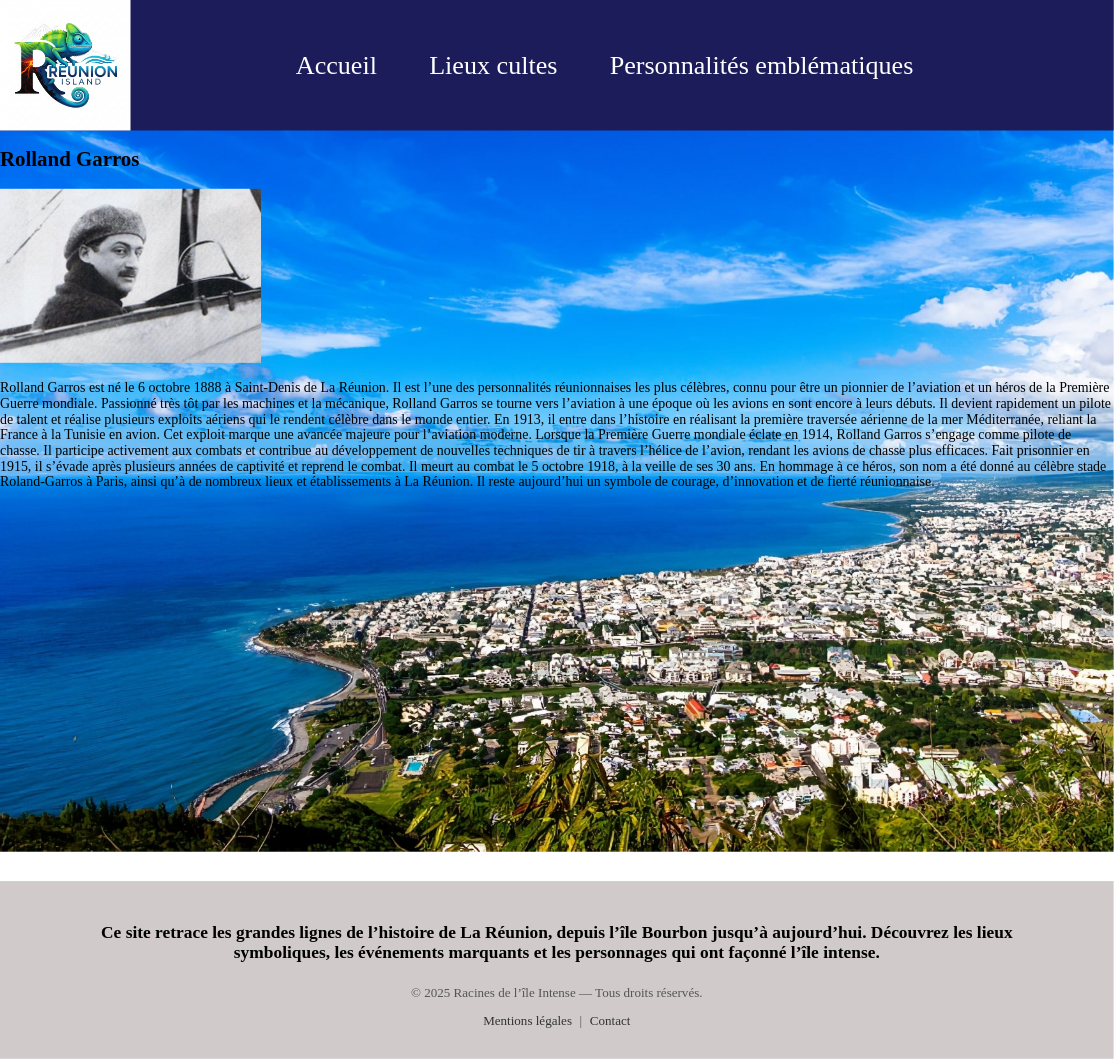
Repository: racinesintense974/Racines-de-lile-intense
Page: garros.html
The author's editor kept a copy of each file at every save. The page is drawn from the files as they stood at one save, then again after the next save.
The browser window is 1280 px wide. The pictures show the whole page, at 87% of full size.

Above is the page before, as saved 2026-02-19 16:39:45.

### garros.html
<!DOCTYPE html>
<html lang="fr">
<head>
    <meta charset="UTF-8">
    <title>Rolland Garros</title>
    <link rel="stylesheet" href="css/garros.css">
</head>
<body>

<body>
    <section class="top-page">
        <header class="header">
            <img src="image/logo22.png" alt="logo du site">
        <nav class="nav">
    <ul class="menu">
        <li><a href="index.html">Accueil</a></li>

        <li class="dropdown">
            <a href="#">Lieux cultes</a>
            <ul class="submenu">
                <li><a href="mafate.html">Mafate</a></li>
                <li><a href="cilaos.html">Cilaos</a></li>
                <li><a href="volcans.html">Les volcans</a></li>
            </ul>
        </li>

        <li class="dropdown">
        <a href="#">Personnalités emblématiques</a>
            <ul class="submenu">
                <li><a href="olivier-levasseur.html">Olivier Levasseur</a></li>
                <li><a href="Desbassayns.html">Madame Desbassayns</a></li>
                <li><a href="Garros.html">Rolland Garros</a></li>
            </ul>
        </li>

    </ul>
    </nav>
</header>

<main>
    <h1>Rolland Garros</h1>
    <img src="image/garrosrignetta.jpg" width="300">
    <p>
        Rolland Garros est né le 6 octobre 1888 à Saint-Denis de La Réunion. Il est l’une des personnalités réunionnaises les plus célèbres, connu pour être un pionnier de l’aviation et un héros de la Première Guerre mondiale.

Passionné très tôt par les machines et la mécanique, Rolland Garros se tourne vers l’aviation à une époque où les avions en sont encore à leurs débuts. Il devient rapidement un pilote de talent et réalise plusieurs exploits aériens qui le rendent célèbre dans le monde entier.

En 1913, il entre dans l’histoire en réalisant la première traversée aérienne de la mer Méditerranée, reliant la France à la Tunisie en avion. Cet exploit marque une avancée majeure pour l’aviation moderne.

Lorsque la Première Guerre mondiale éclate en 1914, Rolland Garros s’engage comme pilote de chasse. Il participe activement aux combats et contribue au développement de nouvelles techniques de tir à travers l’hélice de l’avion, rendant les avions de chasse plus efficaces.

Fait prisonnier en 1915, il s’évade après plusieurs années de captivité et reprend le combat. Il meurt au combat le 5 octobre 1918, à la veille de ses 30 ans.

En hommage à ce héros, son nom a été donné au célèbre stade Roland-Garros à Paris, ainsi qu’à de nombreux lieux et établissements à La Réunion. Il reste aujourd’hui un symbole de courage, d’innovation et de fierté réunionnaise.
    </p>
</main>

<footer class="footer">
    <h1 class="big-title2">Ce site retrace les grandes lignes de l’histoire de La Réunion, depuis l’île Bourbon jusqu’à aujourd’hui. Découvrez les lieux symboliques, les événements marquants et les personnages qui ont façonné l’île intense.</h1>
  <p>&copy; 2025 Racines de l’île Intense — Tous droits réservés.</p>
  <p><a href="mentions-legales.html">Mentions légales</a> | <a href="contact.html">Contact</a></p>
</footer>

    </section>

</body>
</html>

### css/garros.css

*

body {
    margin: 0 auto;

}

header.header {
    display: flex;
    align-items: center;
    background-color: rgb(28, 28, 91);                    /* Entête */
    margin: 0;

}

header.header img {
    width: 150px;
}






section.top-page {
    background: url('../image/lejourdemichou.jpg');
    background-size: cover;
    height: 136vh;
    padding: 0px;
}
/* page de bienvenue (landing page) */
.big-title {
    color: rgb(255, 255, 255);
    font-size: 27px;
    padding: 55px 360px;
    background-color: rgba(0, 0, 0, 0.323);
    margin-top: 0;



}
html, body {
  height: 100%;           /* Nécessaire pour que le conteneur remplisse l'écran */
  margin: 0;
  padding: 0;
}

.conteneur-central {
  display: flex;
  justify-content: center;      /* centre horizontalement */
  align-items: center;          /* centre verticalement */
  height: 70vh;                /* 100% de la hauteur de l'écran */
}

/* La galerie contient les images */
.galerie-images {
  display: flex;
  gap: 20px;
  flex-wrap: wrap;
  justify-content: center;
}

.galerie-images img {
  width: 390px;
  height: auto;
  border-radius: 50px;
  box-shadow: 0 4px 10px rgba(0, 0, 0, 0.1);
  transition: transform 0.3s ease;
}

.galerie-images img:hover {
  transform: scale(1.05);
}

.big-title2 {
    color: black;
    font-size: 20px;
    padding: 10px 50px;
}

.footer {
    width: 100%;
  background-color: #d0caca;
  padding: 20px;
  text-align: center;
  font-size: 15px;
  color: #555;
  border-top: 1px solid #ccc;
  margin-top: 450px;
   box-sizing: border-box;

}

.footer a {
  color: #333;
  text-decoration: none;
  margin: 0 5px;
}

.footer a:hover {
  text-decoration: underline;
}


/* menu de navigation */

nav.nav {
    display: flex;
    justify-content: space-between;
    list-style: none;
    width: 970px;
    margin-left: 180px;
font-size: 30px;
}


nav.nav li {
    color: white;
}



/* ===== MENU DEROULANT LIEUX-CULTES ===== */

nav.nav ul.menu {
    list-style: none;
    display: flex;
    gap: 40px;           /* espace entre les éléments */
    margin: 0;
    padding: 0;
}

nav.nav ul.menu > li {
    position: relative;
}

nav.nav ul.menu a {
    text-decoration: none;
    color: white;
    font-size: 30px;
    padding: 10px;
}

/* Sous-menu caché */
.submenu {
    list-style: none;
    padding: 0;
    margin: 0;
    position: absolute;
    background: rgb(12, 16, 70);
    border-radius: 5px;
    border: 1px solid black;
    display: none;
    min-width: 180px;
    z-index: 10;
}

/* Liens du sous-menu */
.submenu li a {
    color: black;
    padding: 10px;
    display: block;
    font-size: 20px;
}

/* Apparition au survol */
.dropdown:hover .submenu {
    display: block;
}

/* Effet hover */
.submenu li a:hover {
    background-color: #a01212;
}

After the next save:
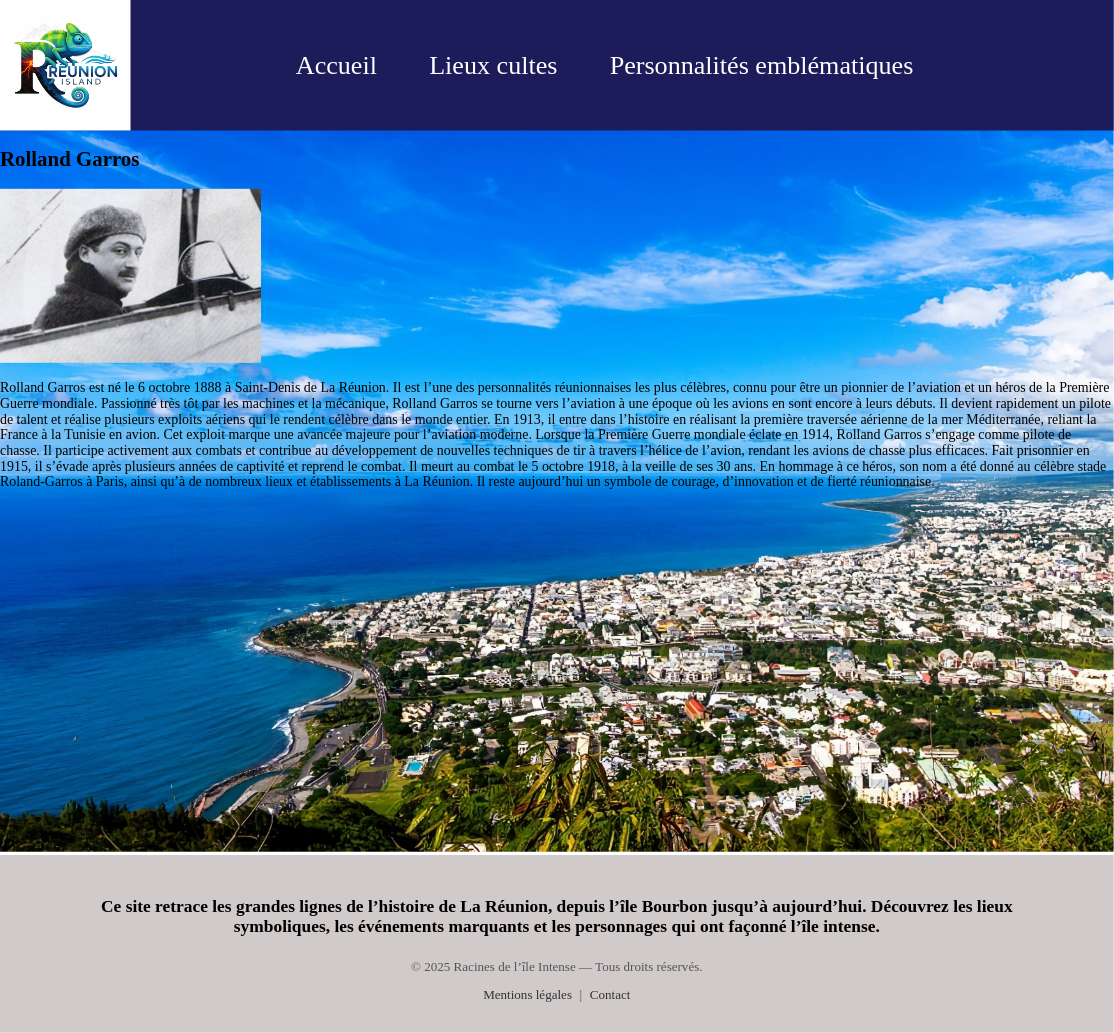
Saved 5 s later.
--- a/css/garros.css
+++ b/css/garros.css
@@ -87,7 +87,7 @@ html, body {
   font-size: 15px;
   color: #555;
   border-top: 1px solid #ccc;
-  margin-top: 450px;
+  margin-top: 420px;
    box-sizing: border-box;
 
 }
